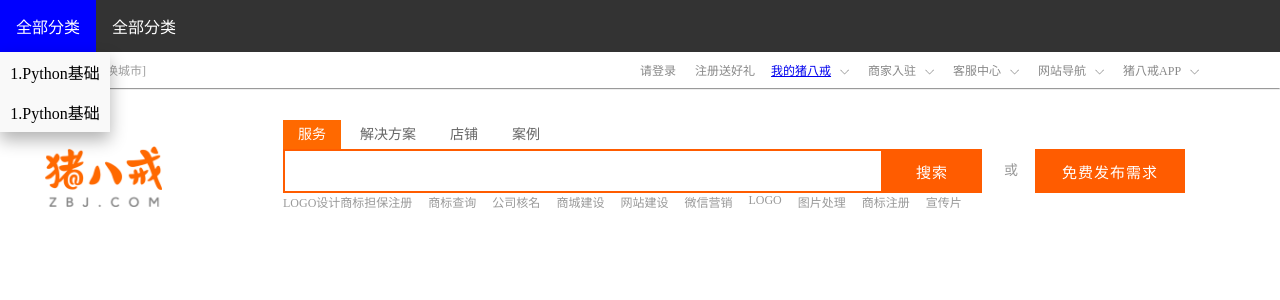
Repository: 13982720426/zbj
Page: HTML/index.html
The author's editor kept a copy of each file at every save. The page is drawn from the files as they stood at one save, then again after the next save.
The browser window is 1280 px wide. The pictures show the whole page.

Above is the page before, as saved 2021-07-15 16:59:39.

### HTML/index.html
<!DOCTYPE html>
<html lang="en">
  <head>
    <meta charset="UTF-8" />
    <meta http-equiv="X-UA-Compatible" content="IE=edge" />
    <meta name="viewport" content="width=device-width, initial-scale=1.0" />
    <title>猪八戒网重庆站-中国领先的企业服务平台</title>
    <link rel="stylesheet" type="image/x-icon" href="./imgs/favicon.ico" />
    <link rel="stylesheet" type="text/css" href="css/index.css" />
    <style>
      #test33 ul {
        margin: 0;
        padding: 0;
        list-style-type: none; /*去除li前的标注*/
        background-color: #333;
        overflow: hidden; /*隐藏溢出的部分，保持一行*/
      }

      #test33 li {
        float: left; /*左浮动*/
      }

      #test33 li a,
      .dropbtn {
        /*display:inline-block将对象呈递为内联对象，但是对象的内容作为块对象呈递。旁边的内联对象会被呈递在同一行内，允许空格。*/
        display: inline-block; /*设置成块*/
        color: white;
        text-align: center;
        text-decoration: none;
        padding: 14px 16px;
      }

      #test33 li a:hover,
      .dropdown:hover .dropbtn {
        /*鼠标移上去，改变背景颜色*/
        background-color: blue;
      }

      #test33 .dropdown-content {
        display: none;
        position: absolute;
        background-color: #f9f9f9;
        min-width: 110px;
        box-shadow: 0px 8px 16px 0px rgba(0, 0, 0, 0.3);
      }

      #test33 .dropdown-content a {
        display: block;
        color: black;
        padding: 8px 10px;
        text-decoration: none;
      }

      #test33 .dropdown-content a:hover {
        background-color: #a1a1a1;
      }

      #test33 .dropdown:hover .dropdown-content {
        display: block;
      }
    </style>
  </head>

  <body>
    <div id="test33">
      <ul>
        <li class="dropdown">
          <a href="#" class="dropbtn">全部分类</a>
          <div class="dropdown-content">
            <a href="#">1.Python基础</a>
            <a href="#">1.Python基础</a>
          </div>
        </li>
        <li class="dropdown">
          <a href="#" class="dropbtn">全部分类</a>
          <div class="dropdown-content">
            <a href="#">1.</a>
          </div>
        </li>
      </ul>
    </div>
    <div class="header-top">
      <div class="header-top-left">
        <div class="location-icon">
          <span class="tl1">重庆</span>
          <span class="tl2">[切换城市]</span>
        </div>
      </div>
      <div class="header-top-right">
        <div class="header-top-right-nav">
          <span class="tr1">请登录</span>
          <span class="tr1">注册送好礼</span>
        </div>
        <div class="header-top-right-nav">
          <span class="tr3">
            <a href="http://" target="_blank" rel="noopener noreferrer">我的猪八戒</a>
            <class class="arrow-icon"></class>
          </span>
          <span class="tr4">
            商家入驻
            <i class="arrow-icon"></i>
          </span>
          <span class="tr5">
            客服中心
            <i class="arrow-icon"></i>
          </span>
          <span class="tr6">
            网站导航
            <i class="arrow-icon"></i>
          </span>
          <span class="tr7">
            猪八戒APP
            <i class="arrow-icon"></i>
          </span>
        </div>
      </div>
    </div>
    <hr />
    <div class="header-bd-wrap header-bd-wrap-fixed">
      <div class="header-bd-wrap-content">
        <div class="header-bd-wrap-l">
          <img class="logo-img" src="./imgs/newlogo_5b91b4a.png" alt="猪八戒" />
        </div>
        <div class="header-bd-wrap-r">
          <div class="header-bd-wrap-menu">
            <ul>
              <li><a href="">服务</a></li>
              <li><a href="">解决方案</a></li>
              <li><a href="">店铺</a></li>
              <li><a href="">案例</a></li>
            </ul>
          </div>
          <div class="header-bd-wrap-search">
            <form action="">
              <input class="search-input" type="text" name="" id="" />
              <button class="search-button">搜索</button>
              <span class="huo">或</span>
              <button class="search-button-task">免费发布需求</button>
            </form>
          </div>

          <div class="header-bd-wrap-nav">
            <a href="https://zt.zbj.com/sl/re/splkkegq" target="_blank">LOGO设计商标担保注册</a>
            <a href="https://zt.zbj.com/sl/re/spl4eino" target="_blank">商标查询</a>
            <a href="https://zt.zbj.com/sl/re/splhj5w7" target="_blank">公司核名</a>
            <a href="//search.zbj.com/f/?kw=%E5%95%86%E5%9F%8E%E5%BB%BA%E8%AE%BE" target="_blank">
              商城建设
            </a>
            <a href="//search.zbj.com/f/?kw=%E7%BD%91%E7%AB%99%E5%BB%BA%E8%AE%BE" target="_blank">
              网站建设
            </a>
            <a href="//search.zbj.com/f/?kw=%E5%BE%AE%E4%BF%A1%E8%90%A5%E9%94%80" target="_blank">
              微信营销
            </a>
            <a href="//search.zbj.com/f/?kw=LOGO" target="_blank">LOGO</a>
            <a href="//search.zbj.com/f/?kw=%E5%9B%BE%E7%89%87%E5%A4%84%E7%90%86" target="_blank">
              图片处理
            </a>
            <a
              href="https://tg.ipr.zbj.com/trademark/sbzc/?_union_identify=21&_union_uid=7223946&_union_itemid=1735120&fr=kwrecom"
              target="_blank"
            >
              商标注册
            </a>
            <a href="//search.zbj.com/f/?kw=%E5%AE%A3%E4%BC%A0%E7%89%87" target="_blank">宣传片</a>
          </div>
        </div>
      </div>
    </div>
  </body>
</html>

### HTML/css/index.css
* {
  margin: 0;
  padding: 0;
}
ul,
li {
  list-style-type: none;
  padding: 0;
  margin: 0;
}
.header-top {
  display: flex;
  align-items: center;
  margin: 0 auto;
  height: 36px;
  width: 1190px;
  color: #888;
  font-size: 12px;
}
.location-icon {
  display: inline-block;
  padding-left: 18px;
  background-repeat: no-repeat;
  background-size: 16px;
  background-image: url('data:[embedded picture, 1182 characters]');
}
.arrow-icon {
  width: 9px;
  height: 6px;
  display: inline-block;
  margin-left: 6px;
  background: url(data:[embedded picture, 662 characters])
    no-repeat center center;
}
.tl1 {
  color: #ff6900;
}
.tl2 {
  color: #9e9e9e;
}
.header-top-left {
  flex: 1;
}
.header-top-right {
  flex: 1;
}
.header-top-right-nav {
  float: left;
}
.header-top-right span {
  margin-right: 16px;
}

.header-bd-wrap {
  width: 100%;
}
.header-bd-wrap.header-bd-wrap-fixed {
}
.header-bd-wrap-content {
  width: 1190px;
  margin: 0 auto;
  display: flex;
  align-items: center;
  justify-content: center;
}
.header-bd-wrap-l {
  margin-top: 50px;
  flex: 20%;
}
.header-bd-wrap-r {
  margin-top: 30px;
  flex: 80%;
}
.header-bd-wrap-menu {
  padding: 0;
  margin: 0;
  list-style: none;
  top: -28px;
  left: 0;
  background: #fff;
  width: 440px;
  border: 0;
}
.header-bd-wrap-menu li {
  line-height: 28px;
  padding: 0 15px;
  list-style: none;
  padding: 0;
  margin: 0;
  display: inline-block;
}
.header-bd-wrap-menu li:first-child {
  color: #fff;
  background: #ff6900;
}
.header-bd-wrap-menu li:first-child a {
  color: #fff;
}

.header-bd-wrap-menu a {
  font-size: 14px;
  margin: 15px;
  color: #666;
  text-decoration: none;
}
.header-bd-wrap-nav a {
  text-decoration: none;
  margin-right: 16px;
  font-size: 12px;
  color: #999;
  display: block;
  float: left;
  text-decoration: none;
  transition: 0.3s;
}
.logo-img {
  float: left;
  max-width: 117px;
  max-height: 61px;
  margin-right: 20px;
}
.search-input {
  width: 600px;
  height: 44px;
  box-sizing: border-box;
  border: 2px solid #ff5c00;
  padding: 10px;
  vertical-align: top;
}
.search-button:hover {
  background: #ff7e23;
}
.huo {
  display: inline-block;
  width: 50px;
  text-align: center;
  line-height: 44px;
  color: #999;
  font-size: 14px;
}
.search-button {
  width: 100px;
  height: 44px;
  color: #ffffff;
  background-color: #ff5c00;
  font-size: 15px;
  border: 1px solid #ff5c00;
  margin-left: -5px;
  letter-spacing: 1px;
  vertical-align: top;
}
.search-button-task {
  width: 150px;
  height: 44px;
  color: #ffffff;
  background-color: #ff5c00;
  font-size: 15px;
  border: 1px solid #ff5c00;
  margin-left: -5px;
  letter-spacing: 1px;
  vertical-align: top;
}
.header-bd-wrap-nav {
  margin-bottom: 20px;
}

#menu {
  overflow: hidden;
  height: 20px;
}
#menu:hover {
  height: 100px;
}

a:hover {
  background-color: yellow;
}

After the next save:
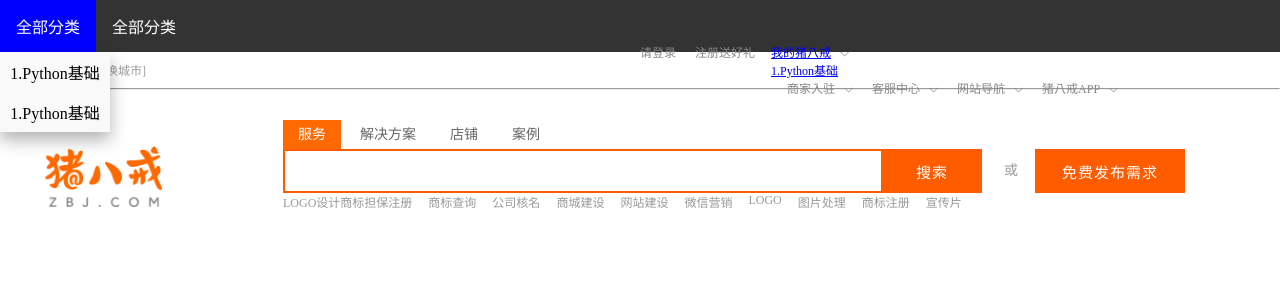
Saved 17 s later.
--- a/HTML/index.html
+++ b/HTML/index.html
@@ -95,6 +95,9 @@
           <span class="tr3">
             <a href="http://" target="_blank" rel="noopener noreferrer">我的猪八戒</a>
             <class class="arrow-icon"></class>
+            <div class="dropdown-content">
+              <a href="#">1.Python基础</a>
+            </div>
           </span>
           <span class="tr4">
             商家入驻
